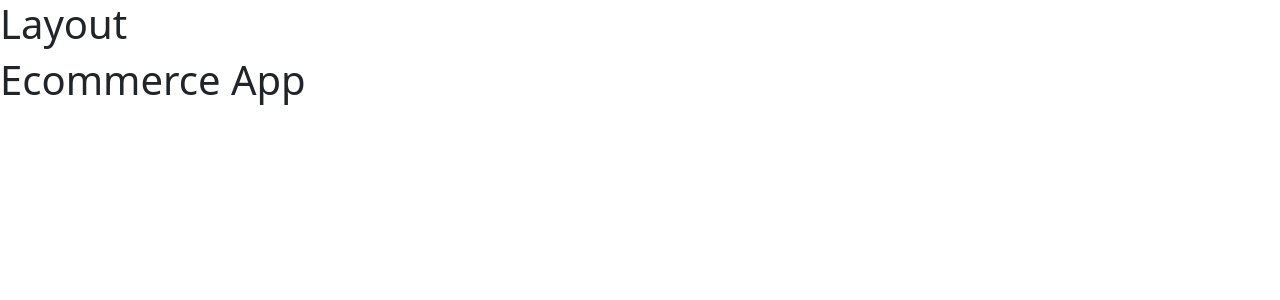
Repository: Abhi2359/SaleXpress
Page: / (app in client/)
These files come from the project's save history. The page is drawn as it stood at one moment and after a run of saves; the edit follows.
The browser window is 1280 px wide. The pictures show the whole page.
The project was rebuilt for these pictures with package versions that can differ from the ones it lists, and the page was loaded fresh each time. Also part of the build but not shown: client/vite.config.js, client/src/App.css.

Above is the page before, as saved 2023-05-08 18:16:48.

After the next 2 saves:
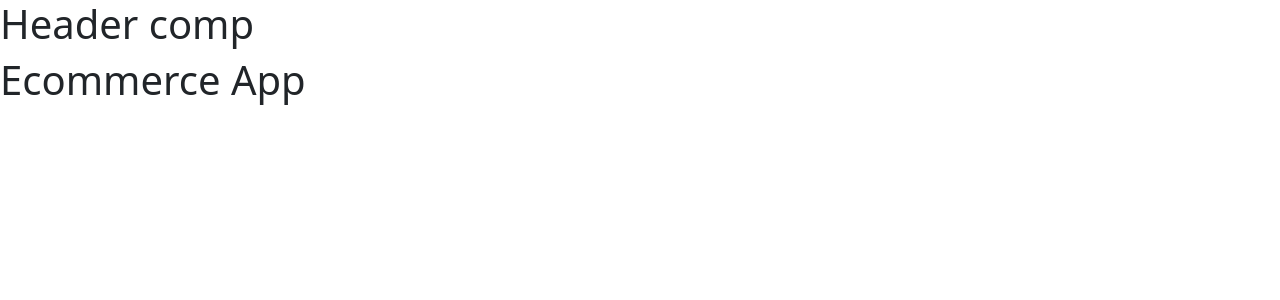
The 2 saves are shown as one change because they came seconds apart.
The last was saved 31 s later.
--- a/client/src/components/Layout/Layout.jsx
+++ b/client/src/components/Layout/Layout.jsx
@@ -1,9 +1,10 @@
 import React from 'react'
+import Header from './Header'
 
 const Layout = (props) => {
   return (
     <div>
-        <h1>Layout</h1>
+        <Header/>
         {props.children}
     </div>
   )
